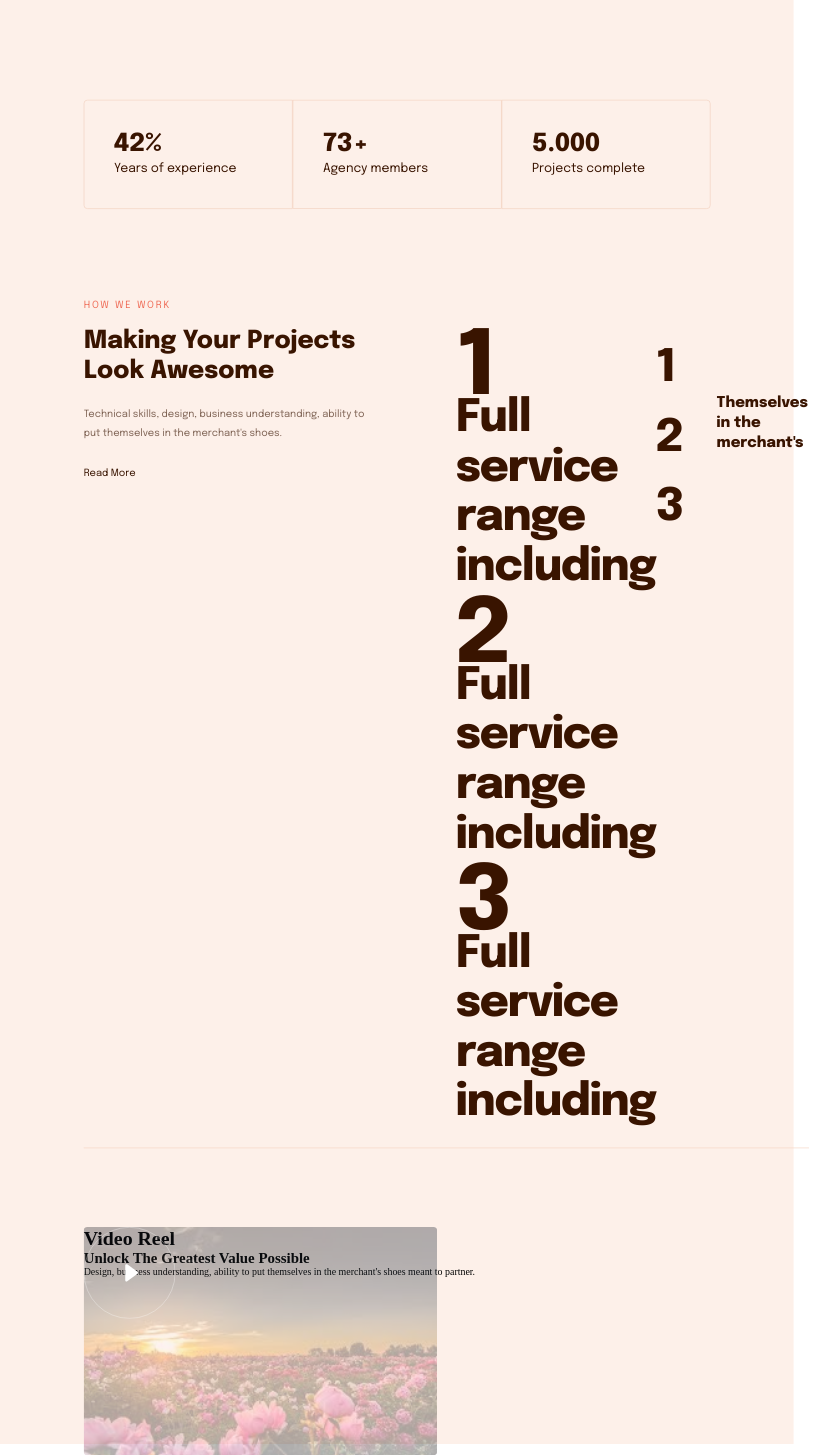
Repository: AytacJafarova/task2
Page: index.html
These files come from the project's save history. The page is drawn as it stood at one moment and after the next save; the edit follows.
The browser window is 1280 px wide. The page is 1305 px wide, then 1320 px, so the pictures cover 1320 px, including what lies to the right of the window. The pictures show the whole page, at 62% of full size.

Above is the page before, as saved 2023-08-01 14:17:03.

After the next save:
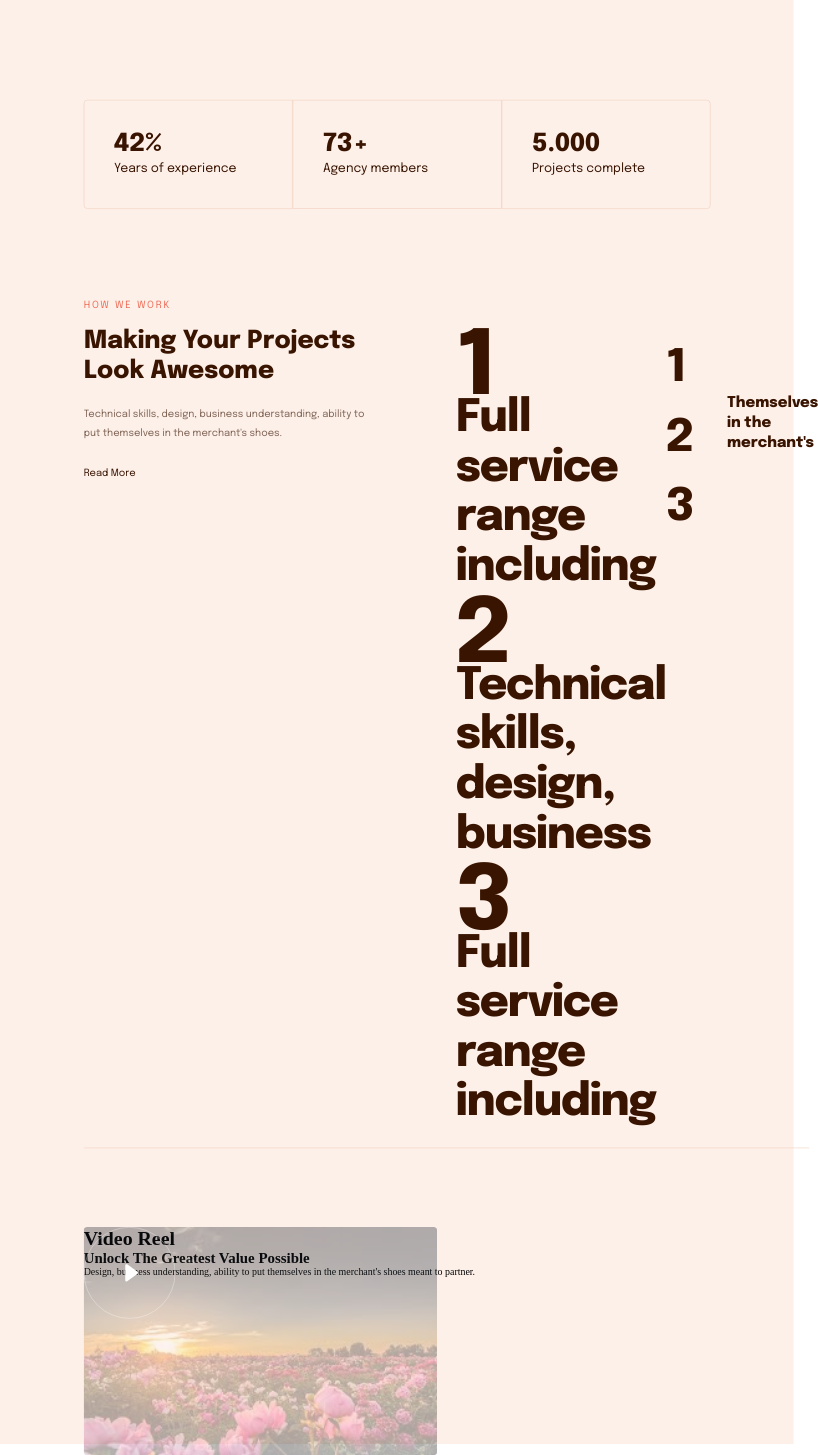
Saved 11 s later.
--- a/index.html
+++ b/index.html
@@ -44,7 +44,7 @@
                     </li>
                     <li>
                         <h1>2</h1>
-                        <p>Full service range including</p>
+                        <p>Technical skills, design, business</p>
                     </li>
                     <li>
                         <h1>3</h1>
